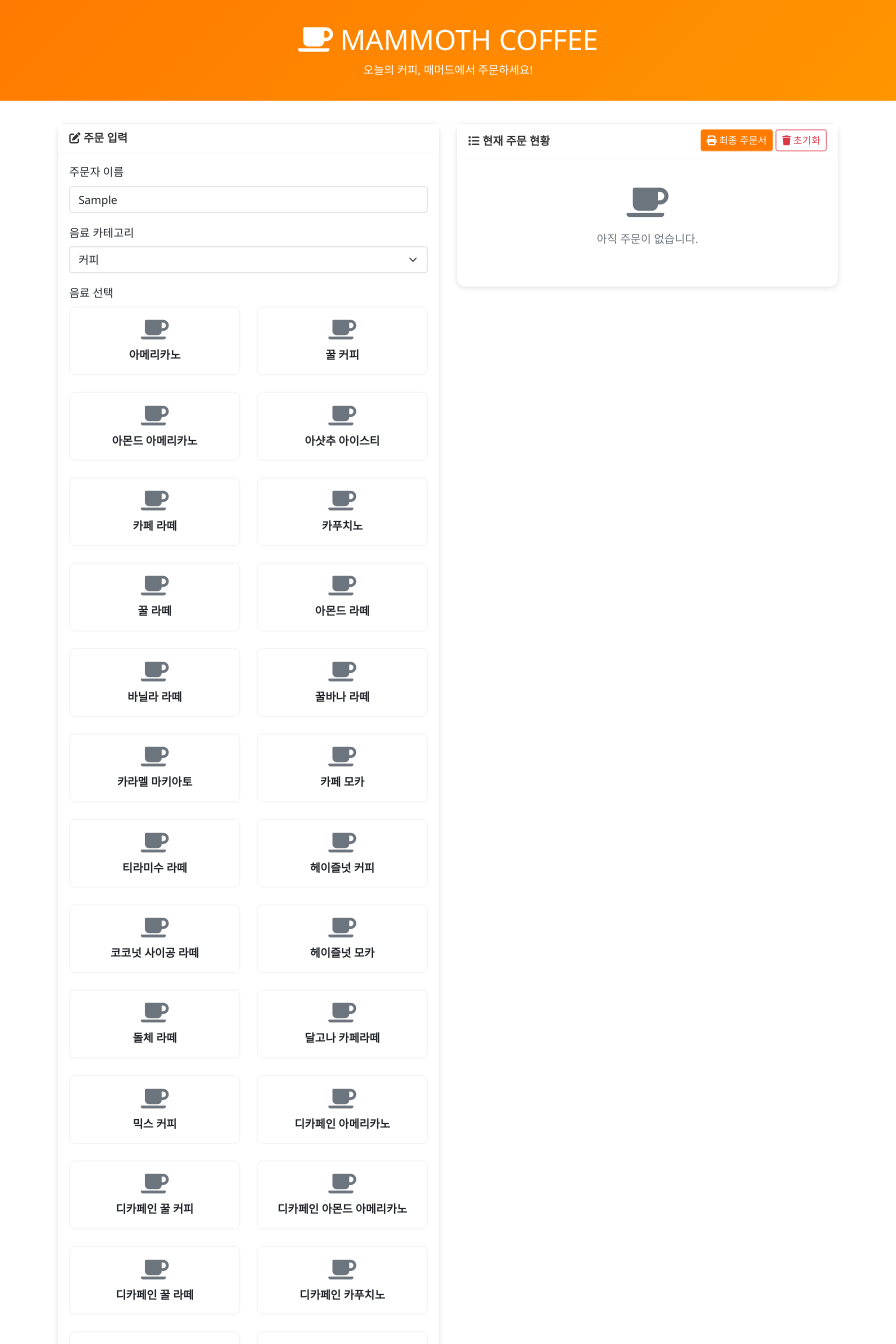
Repository: JohnBaeGH/mammoth-coffee-order
Page: http://localhost/
The author's editor kept a copy of each file at every save. The page is drawn from the files as they stood at one save, then again after the next save.
The browser window is 1280 px wide. The pictures show the part of the page from y = 0 to 1920 px (the page is 3077 px tall before and 3989 px after), at 70% of full size.
Empty fields were first filled with sample values (such as "Sample", 5 or name@example.com).
After loading, the first visible `#category` was changed once.
The page is served by the project's application, run on Flask 3 (app.py).

Above is the page before, as saved 2025-07-06 02:11:19.

After the next save:
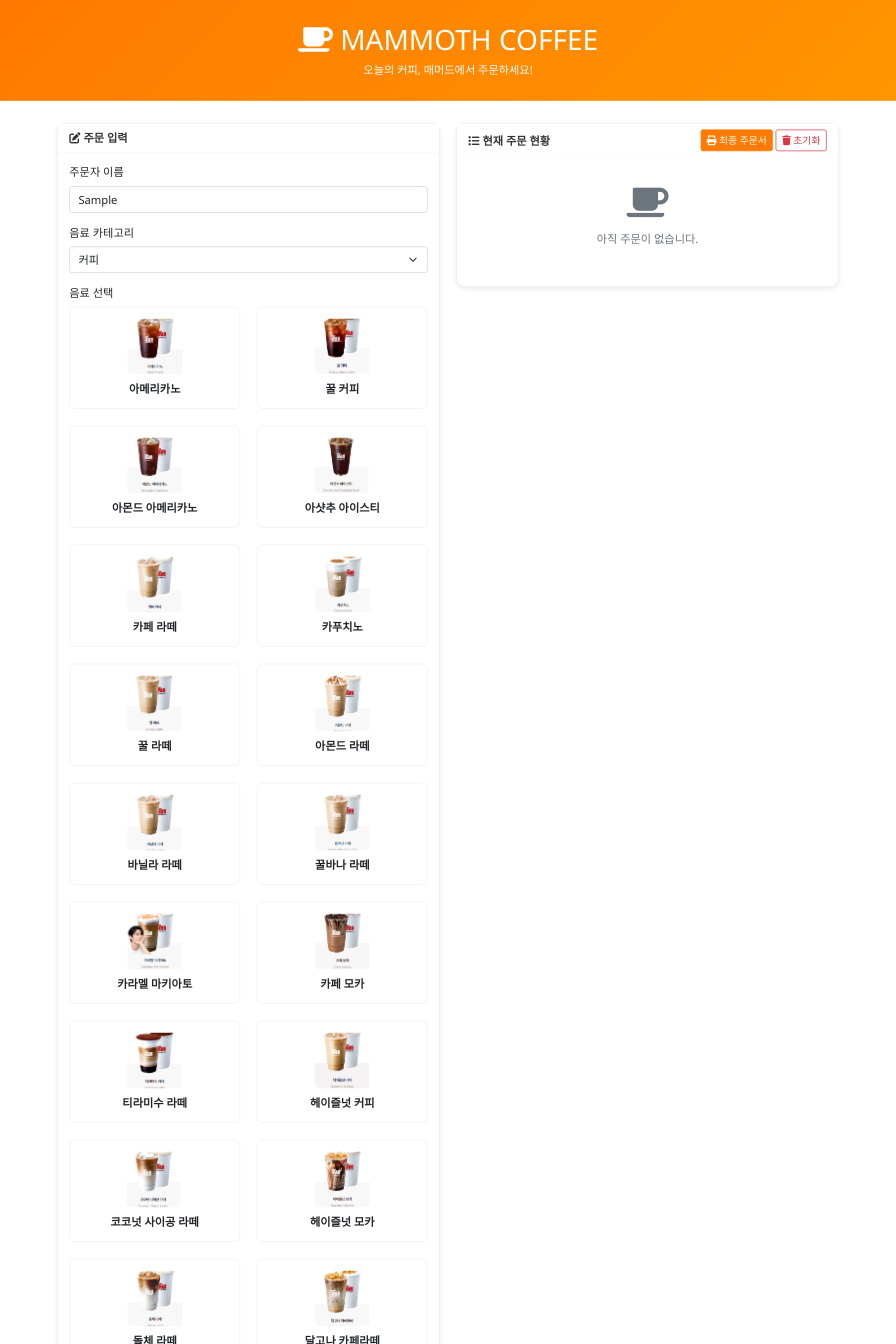
Saved 8 s later.
--- a/templates/index.html
+++ b/templates/index.html
@@ -310,8 +310,11 @@
                     <div class="col-6 mb-2">
                         <div class="menu-item" onclick="selectDrink('${drink}')">
                             <div class="text-center">
-                                <i class="fas fa-coffee fa-2x mb-2 text-muted"></i>
-                                <div class="fw-bold">${drink}</div>
+                                <img src="/images/${drink}.png" alt="${drink}"
+                                     style="width: 80px; height: 80px; object-fit: cover; border-radius: 8px;"
+                                     onerror="this.style.display='none'; this.nextElementSibling.style.display='block';">
+                                <i class="fas fa-coffee fa-2x mb-2 text-muted" style="display: none;">${drink}</i>
+                                <div class="fw-bold mt-2">${drink}</div>
                             </div>
                         </div>
                     </div>
